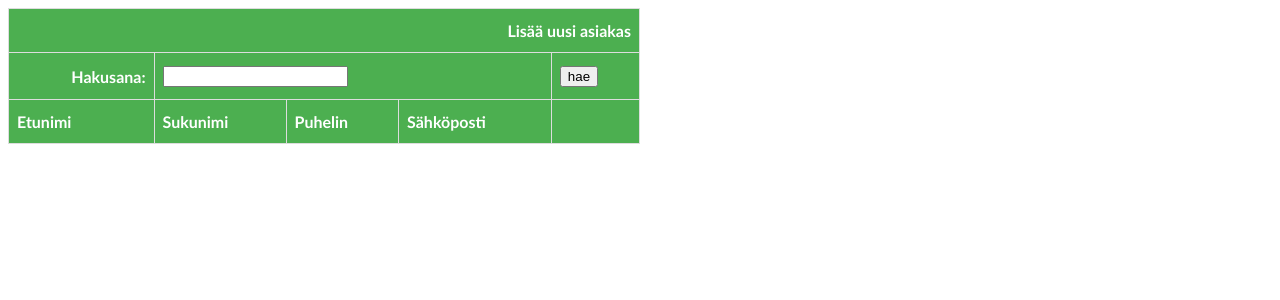
Repository: Muutostehdas/Viikko7
Page: http://localhost/Asiakas_NatiiviJS/listaaasiakkaat.jsp
These files come from the project's save history. The page is drawn as it stood at one moment and after the next save; the edit follows.
The browser window is 1280 px wide. The pictures show the whole page.
The page is served by Tomcat 9. Other server files are loaded and not shown.

Above is the page before, as saved 2021-05-13 12:37:55.
Console error: ReferenceError: $ is not defined

### Asiakas_NatiiviJS/WebContent/listaaasiakkaat.jsp
<%@ page language="java" contentType="text/html; charset=ISO-8859-1"
	pageEncoding="ISO-8859-1"%>
<!DOCTYPE html>
<html>
<head>
<meta charset="ISO-8859-1">
<link rel="stylesheet" type="text/css" href="css/main1.css">
<script src="scripts/main.js"></script>
<title>listaa asiakkaat</title>
<style>
.oikealle{
	text-align: right;
}
</style>
</head>
<body>

	<table id="listaus">
		<thead>
			<tr>
				<th colspan="5" class="oikealle"><span id="uusiAsiakas">Lisää
						uusi asiakas</span></th>
			</tr>
			<tr>
				<th class="oikealle">Hakusana:</th>
				<th colspan="3"><input type="text" id="hakusana"></th>
				<th><input type="button" value="hae" id="hakunappi"></th>
			</tr>
			<tr>
				<!--th>Asiakastunnus</th -->
				<th>Etunimi</th>
				<th>Sukunimi</th>
				<th>Puhelin</th>
				<th>Sähköposti</th>
				<th>&nbsp;</th>  	<!--  &nbsp; välilyönti jolla saadaan paremman näköinen   -->

			</tr>
		</thead>
		<tbody>
		</tbody>
	</table>
	<script>
		$(document).ready(function() {
			$("#uusiAsiakas").click(function() {
				document.location = "lisaaasiakas.jsp";
			});

			haeAsiakkaat();
			$("#hakunappi").click(function() {
				haeAsiakkaat();
			});
			$(document.body).on("keydown", function(event) {
				if (event.which == 13) { //Enteriä painettu, ajetaan haku
					haeAsiakkaat();
				}
			});
			$("#hakusana").focus();//viedään kursori hakusana-kenttään sivun latauksen yhteydessä
		});

		function haeAsiakkaat() {
			$("#listaus tbody").empty();
			$.ajax({
				url : "asiakkaat/" + $("#hakusana").val(),
				type : "GET",
				dataType : "json",
				success : function(result) {//Funktio palauttaa tiedot json-objektina
					console.log(result);
					$.each(result.asiakkaat, function(i, field) {
						var htmlStr;
						htmlStr+="<tr id='rivi_"+field.asiakas_id+"'>";
						//htmlStr += "<td>"+ field.asiakas_id +"</td>";
						htmlStr += "<td>" + field.etunimi + "</td>";
						htmlStr += "<td>" + field.sukunimi + "</td>";
						htmlStr += "<td>" + field.puhelin + "</td>";
						htmlStr += "<td>" + field.sposti + "</td>";
						htmlStr+="<td><a href='muutaasiakas.jsp?asiakas_id="+field.asiakas_id+"'>Muuta</a>&nbsp;";
						htmlStr += "<span class='poista' onclick=poista("+field.asiakas_id+",'"+field.etunimi+"','"+field.sukunimi+"')>Poista</span></td>";    //Muodostetaan linkki
						htmlStr += "</tr>";
						$("#listaus tbody").append(htmlStr);
					});
				}
			});

		}
		function poista(asiakas_id,etunimi,sukunimi) {
			if(confirm("Poista asiakas " + etunimi+""+sukunimi +"?")){
				$.ajax({url:"asiakkaat/"+asiakas_id, type:"DELETE", dataType:"json", success:function(result) { //result on joko {"response:1"} tai {"response:0"}
			        if(result.response==0){
			        	$("#ilmo").html("Asiakkaan poisto epäonnistui.");
			        }else if(result.response==1){
			        	$("#rivi_"+asiakas_id).css("background-color", "red"); //Värjätään poistetun asiakkaan rivi
			        	alert("Asiakkaan " + etunimi +" "+ sukunimi+" poisto onnistui.");
						haeAsiakkaat();
					}
			    }});
			}
		}
	</script>
</body>
</html>

### Asiakas_NatiiviJS/WebContent/css/main1.css
@charset "ISO-8859-1";
table {
  font-family: "Trebuchet MS", Arial, Helvetica, sans-serif;
  border-collapse: collapse;
  width: 50%;
}

table td, table th {
  border: 1px solid #ddd;
  padding: 8px;
}

table tbody tr:nth-child(even){background-color: #f2f2f2;}

table tbody tr:hover {background-color: #ddd;}

table th {
  padding-top: 12px;
  padding-bottom: 12px;
  text-align: left;
  background-color: #4CAF50;
  color: white;
}

.poista{
	color: red;
	text-decoration: underline;
	cursor: pointer;
}

.oikealle{
	text-align: right;

}

#uusiAuto, #takaisin{
	color: white;
	cursor: pointer;
}

### Asiakas_NatiiviJS/WebContent/scripts/main.js

function requestURLParam(sParam){
    var sPageURL = window.location.search.substring(1);
    var sURLVariables = sPageURL.split("&");
    for (var i = 0; i < sURLVariables.length; i++){
        var sParameterName = sURLVariables[i].split("=");
        if(sParameterName[0] == sParam){
            return sParameterName[1];
        }
    }
}
function formDataToJSON(data){
	var returnStr="{";
	for(var i=0; i<data.length; i++){
		returnStr+="\"" +data[i].name + "\":\"" + data[i].value + "\",";
	}
	returnStr = returnStr.substring(0, returnStr.length - 1); //poistetaan viimeinen pilkku
	returnStr+="}";
	return returnStr;
}

function siivoa(teksti){
	teksti=teksti.replace("<","");
	teksti=teksti.replace(";","");
	teksti=teksti.replace("'","''");
	return teksti;
}

After the next save:
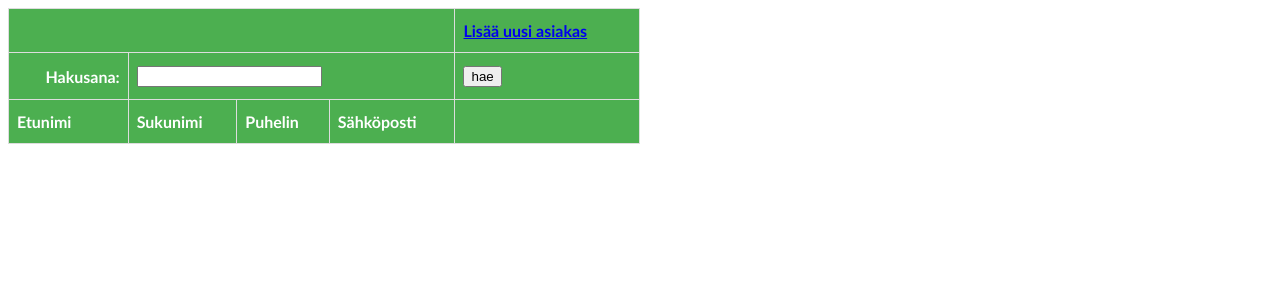
Console error: SyntaxError: Unexpected token '}'
Saved 9 min 5 s later.
--- a/Asiakas_NatiiviJS/WebContent/listaaasiakkaat.jsp
+++ b/Asiakas_NatiiviJS/WebContent/listaaasiakkaat.jsp
@@ -13,21 +13,20 @@
 }
 </style>
 </head>
-<body>
+<body onkeydown="tutkiKey(event)">
 
 	<table id="listaus">
 		<thead>
 			<tr>
-				<th colspan="5" class="oikealle"><span id="uusiAsiakas">Lisää
-						uusi asiakas</span></th>
+				<th colspan="4" id="ilmo"></th>
+				<th><a id="uusiAsiakas" href="lisaaasiakas.jsp">Lisää uusi asiakas</a></th>
 			</tr>
 			<tr>
 				<th class="oikealle">Hakusana:</th>
 				<th colspan="3"><input type="text" id="hakusana"></th>
-				<th><input type="button" value="hae" id="hakunappi"></th>
+				<th><input type="button" value="hae" id="hakunappi" onclick="haeAsiakkaat()"></th>
 			</tr>
 			<tr>
-				<!--th>Asiakastunnus</th -->
 				<th>Etunimi</th>
 				<th>Sukunimi</th>
 				<th>Puhelin</th>
@@ -36,36 +35,28 @@
 
 			</tr>
 		</thead>
-		<tbody>
+		<tbody id="tbody">
 		</tbody>
 	</table>
 	<script>
-		$(document).ready(function() {
-			$("#uusiAsiakas").click(function() {
-				document.location = "lisaaasiakas.jsp";
-			});
+	haeTiedot();
+	document.getElementById("hakusana").focus();//viedään kursori hakusana-kenttään sivun latauksen yhteydessä
 
+	function tutkiKey(event){
+		if(event.keyCode==13){//Enter
 			haeAsiakkaat();
-			$("#hakunappi").click(function() {
-				haeAsiakkaat();
-			});
-			$(document.body).on("keydown", function(event) {
-				if (event.which == 13) { //Enteriä painettu, ajetaan haku
-					haeAsiakkaat();
-				}
-			});
-			$("#hakusana").focus();//viedään kursori hakusana-kenttään sivun latauksen yhteydessä
-		});
-
+		}
+	}
 		function haeAsiakkaat() {
-			$("#listaus tbody").empty();
-			$.ajax({
-				url : "asiakkaat/" + $("#hakusana").val(),
-				type : "GET",
-				dataType : "json",
-				success : function(result) {//Funktio palauttaa tiedot json-objektina
-					console.log(result);
-					$.each(result.asiakkaat, function(i, field) {
+			document.getElementById("tbody").innerHTML = "";
+			fetch("asiakkaat/" + document.getElementById("hakusana").value,{//Lähetetään kutsu backendiin
+			      method: 'GET'
+			    })
+			.then(function (response) {//Odotetaan vastausta ja muutetaan JSON-vastaus objektiksi
+				return response.json()
+			})
+			.then(function (responseJson) {
+						var asiakkaat = responseJson.autot;
 						var htmlStr;
 						htmlStr+="<tr id='rivi_"+field.asiakas_id+"'>";
 						//htmlStr += "<td>"+ field.asiakas_id +"</td>";
